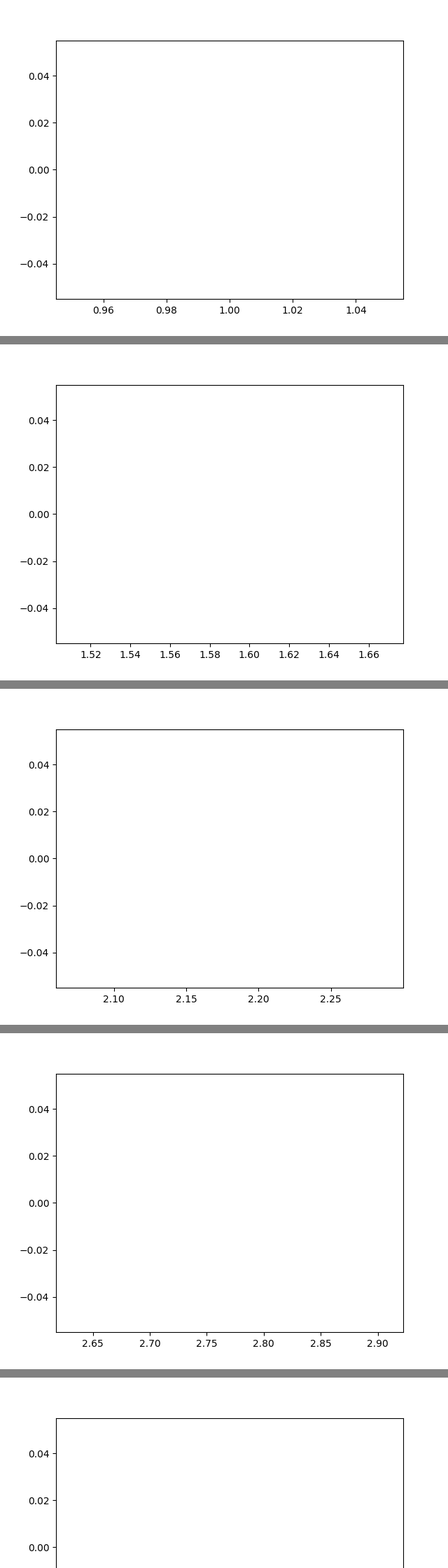
Repository: leiradom/CFDhomework
Script's output: python Laplaceequation/Meshgeneration.py
An editor plug-in stored every save of this project. The script's output is shown before and after the next save, followed by the edit.
The pictures show rows 0 to 2240 of an output 3924 px tall, at 70% of full size.
Each picture stacks the figures in order, with grey between them; figures that are only written to a file come last. The script is stopped after its 8th figure. Random numbers start from a fixed seed.

Above is the script's output before, as saved 2021-04-07 11:10:11.

### Laplaceequation/Meshgeneration.py
import math
import numpy as np
import matplotlib.pyplot as plt


# n1 = int(input("请输入翼型表面离散点数"))
# n2 = int(input("请输入近场到远场离散点数"))
#NACA0012表面坐标
#y1 = 0.6 * (-0.1015 * x**4 + 0.2843 * x**3 - 0.3576 * x**2 - 0.1221 * x + 0.2969 * x ** 0.5)
#y2 = -0.6 * (-0.1015 * x**4 + 0.2843 * x**3 - 0.3576 * x**2 - 0.1221 * x + 0.2969 * x ** 0.5)

#沿x轴等间距变化翼型表面,这样不好
'''
for i in range (0,101):
    x = 0.01 *  i
    y1 = 0.6 * (-0.1015 * x**4 + 0.2843 * x**3 - 0.3576 * x**2 - 0.1221 * x + 0.2969 * x ** 0.5)
    y2 = -0.6 * (-0.1015 * x**4 + 0.2843 * x**3 - 0.3576 * x**2 - 0.1221 * x + 0.2969 * x ** 0.5)
    X[i] = x
    Y1[i] = y1
    Y2[i] = y2
plt.plot(X,Y1,'-o')
plt.plot(X,Y2,'-o')
plt.show()
'''

#print(math.cos(60/57.3))  #测试python中使用的是弧度制

n1 = 50
n2 = 50

#这里用linspace
Theta = np.linspace(0,2*math.pi,num = n1)
X0 = 0.5 * (1 + np.cos(Theta))
Y0 = np.ones(n1)
X1 = np.ones(n1)
Y1 = np.ones(n1)
X = np.ones([n1,n2])
Y = np.ones([n1,n2])

for i in range(0,n1):
    if(Theta[i]<math.pi):
        y = 0.6 * (-0.1015 * X0[i]**4 + 0.2843 * X0[i]**3 - 0.3576 * X0[i]**2 - 0.1221 * X0[i] + 0.2969 * X0[i] ** 0.5)
    else:
        y = -0.6 * (-0.1015 * X0[i]**4 + 0.2843 * X0[i]**3 - 0.3576 * X0[i]**2 - 0.1221 * X0[i] + 0.2969 * X0[i] ** 0.5)
    Y0[i] = y
    X1[i] = 30 * math.cos(Theta[i]) + 0.5
    Y1[i] = 30 * math.sin(Theta[i])
    print(X0[i],Y0[i])
    for j in range(0,n2):
        dx = (X1[i] - X0[i]) / n2
        dy = (Y1[i] - Y0[i]) / n2
        X[i][j] = X0[i] + j * dx
        Y[i][j] = Y0[i] + j * dy
        plt.plot(X[i][j],Y[i][j])
        plt.show()




'''
# 共用一个show()即可
plt.plot(X0,Y0,'-o')
plt.plot(X1,Y1,'-o')
plt.axis('square')
plt.show()



#解Laplace方程
dcy = 1     #求解域的横坐标离散
dyt = 1     #求解域的纵坐标离散

alpha = 000
beta  = 000
gama  = 000


X[i][j] =

Y[i][j] =

'''

After the next save:
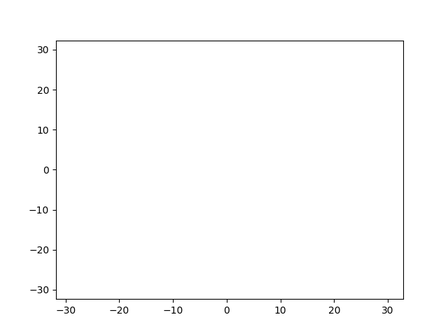
Saved 42 s later.
--- a/Laplaceequation/Meshgeneration.py
+++ b/Laplaceequation/Meshgeneration.py
@@ -52,8 +52,7 @@ for i in range(0,n1):
         X[i][j] = X0[i] + j * dx
         Y[i][j] = Y0[i] + j * dy
         plt.plot(X[i][j],Y[i][j])
-        plt.show()
-
+plt.show()
 
 
 
